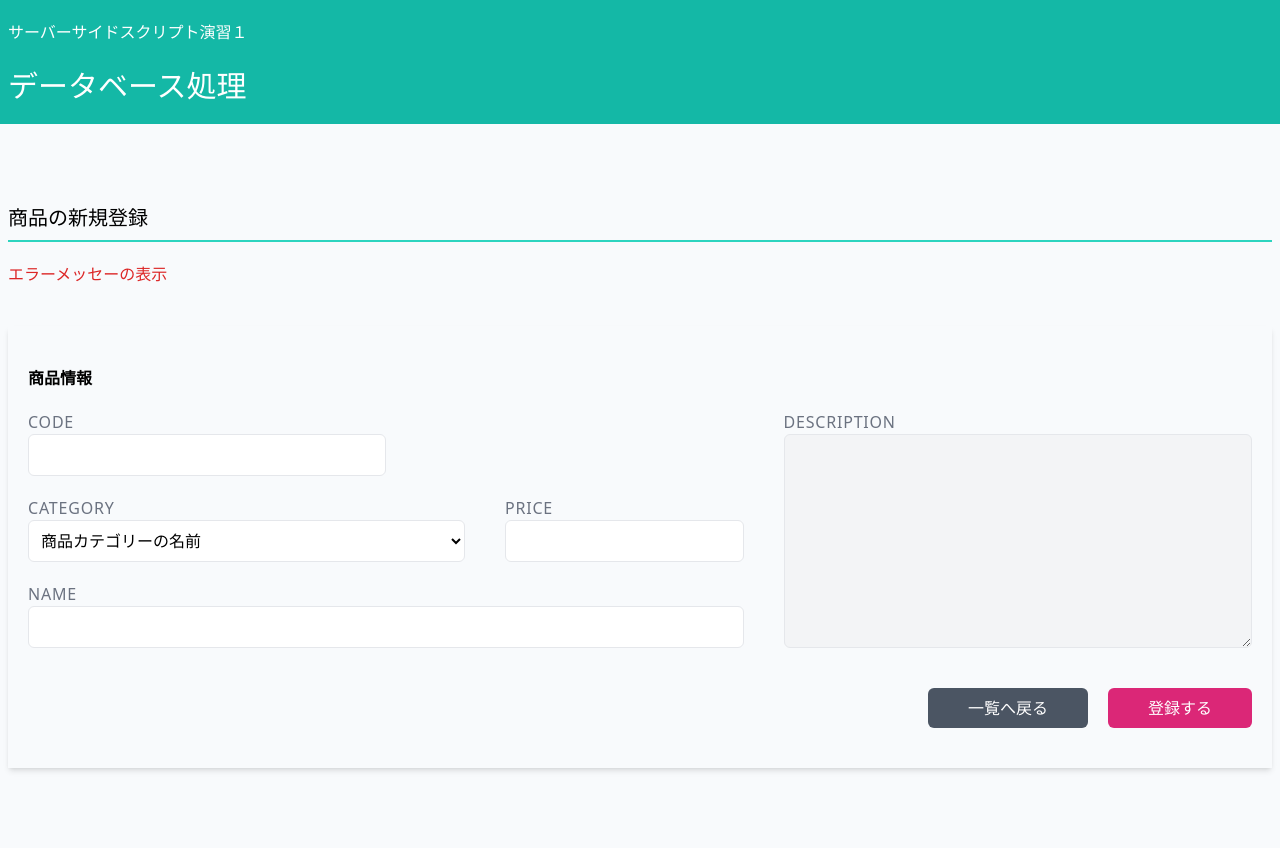
Repository: ShunKUN1182/STD_PHP
Page: http://localhost/kadai08_1.php
An editor plug-in stored every save of this project. The page is shown before and after the next save, followed by the edit.
The browser window is 1280 px wide. The pictures show the whole page.
Some web libraries are served in a nearby version. The page is run by PHP 8.4 with error messages shown; the project is at /var/www/html/.

Above is the page before, as saved 2026-07-10 15:45:23.

After the next save:
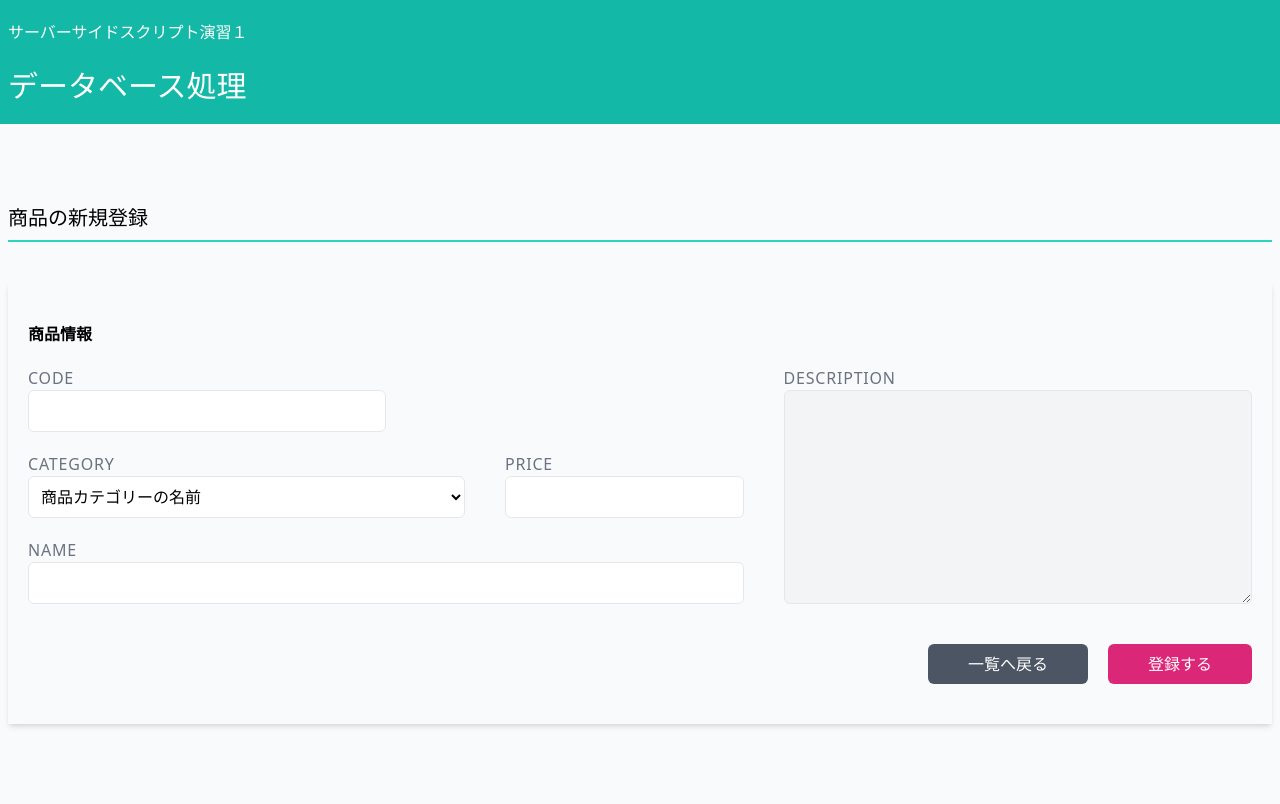
Saved 7 s later.
--- a/kadai08_1.php
+++ b/kadai08_1.php
@@ -32,7 +32,7 @@
       <h3 class="text-xl border-b-2 border-teal-400 pb-2 mb-5">商品の新規登録</h3>
 
       <!-- エラーメッセージ -->
-      <p class="text-red-600">エラーメッセーの表示</p>
+      <!-- <p class="text-red-600">エラーメッセーの表示</p> -->
 
     </div>
 
